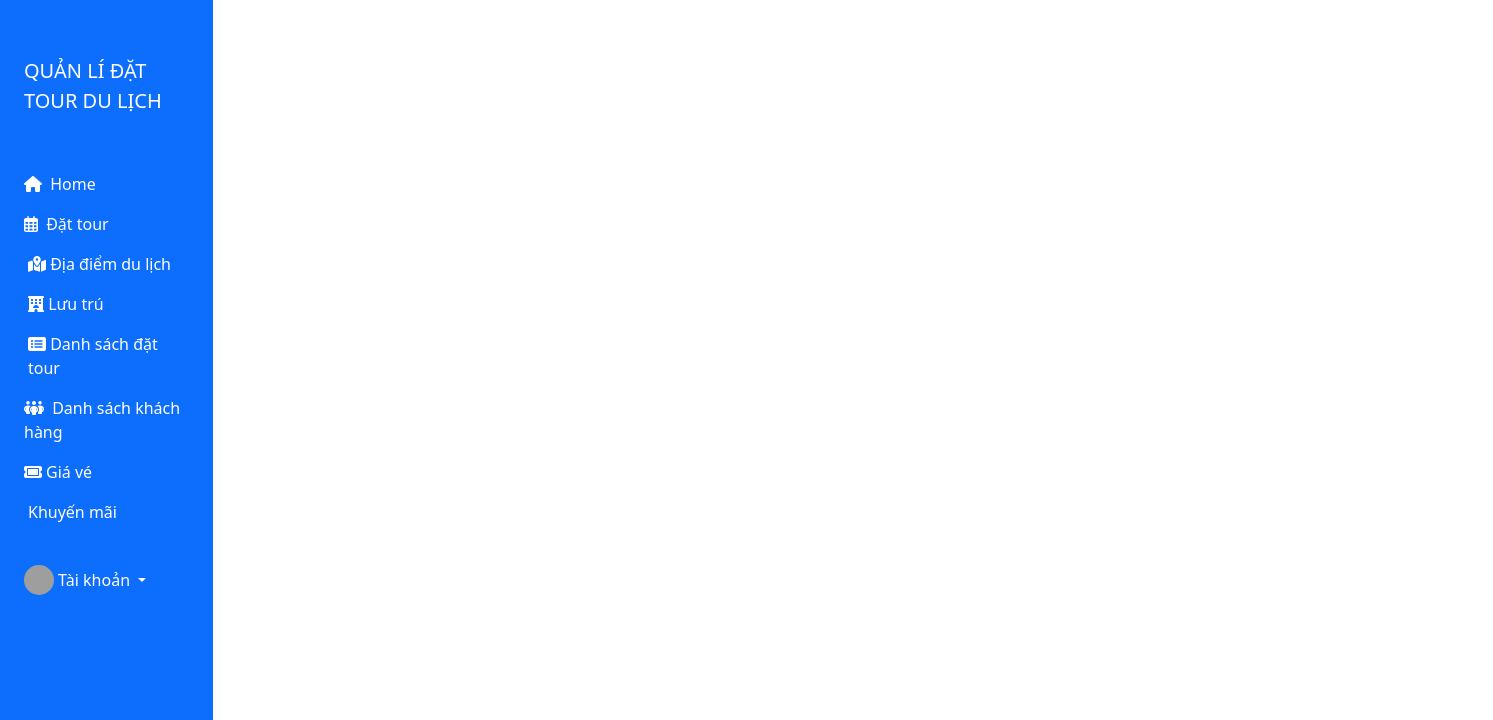
Repository: vantohuu/BOOKINGTOUR
Page: http://localhost/BOOKINGTOUR/WEB-INF/views/index.jsp
These files come from the project's save history. The page is drawn as it stood at one moment and after the next save; the edit follows.
The browser window is 1280 px wide. The page is 1493 px wide, so the pictures cover 1493 px, including what lies to the right of the window. The pictures show the whole page.
Pictures or frames that could not be fetched are drawn as grey boxes. Some icons come from a web library that is not loaded, so they are not drawn. Some web libraries are served in a nearby version. The page is served by Tomcat 9. Nobody is signed in. The template is opened directly, without the code that normally fills it, so the values that code supplies are empty.

Above is the page before, as saved 2023-04-26 19:19:46.

After the next save:
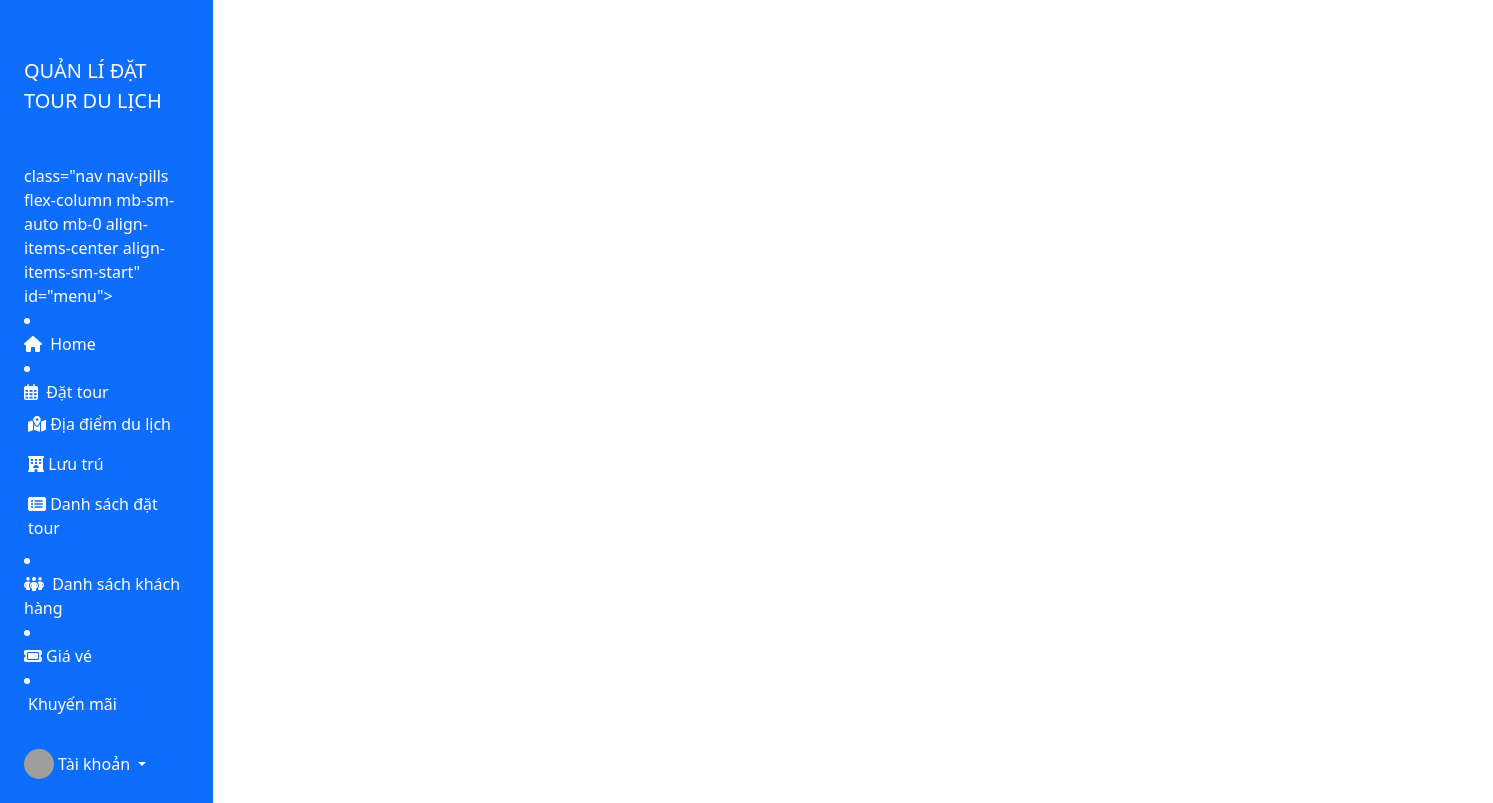
Saved 36 s later.
--- a/BOOKINGTOUR/src/main/webapp/WEB-INF/views/index.jsp
+++ b/BOOKINGTOUR/src/main/webapp/WEB-INF/views/index.jsp
@@ -20,7 +20,7 @@
 						<span class="fs-5 d-none d-sm-inline">QUẢN LÍ ĐẶT TOUR DU
 							LỊCH</span>
 					</a>
-					<ul
+
 						class="nav nav-pills flex-column mb-sm-auto mb-0 align-items-center align-items-sm-start"
 						id="menu">
 						<li class="nav-item"><a href="home.htm"

After the save that followed:
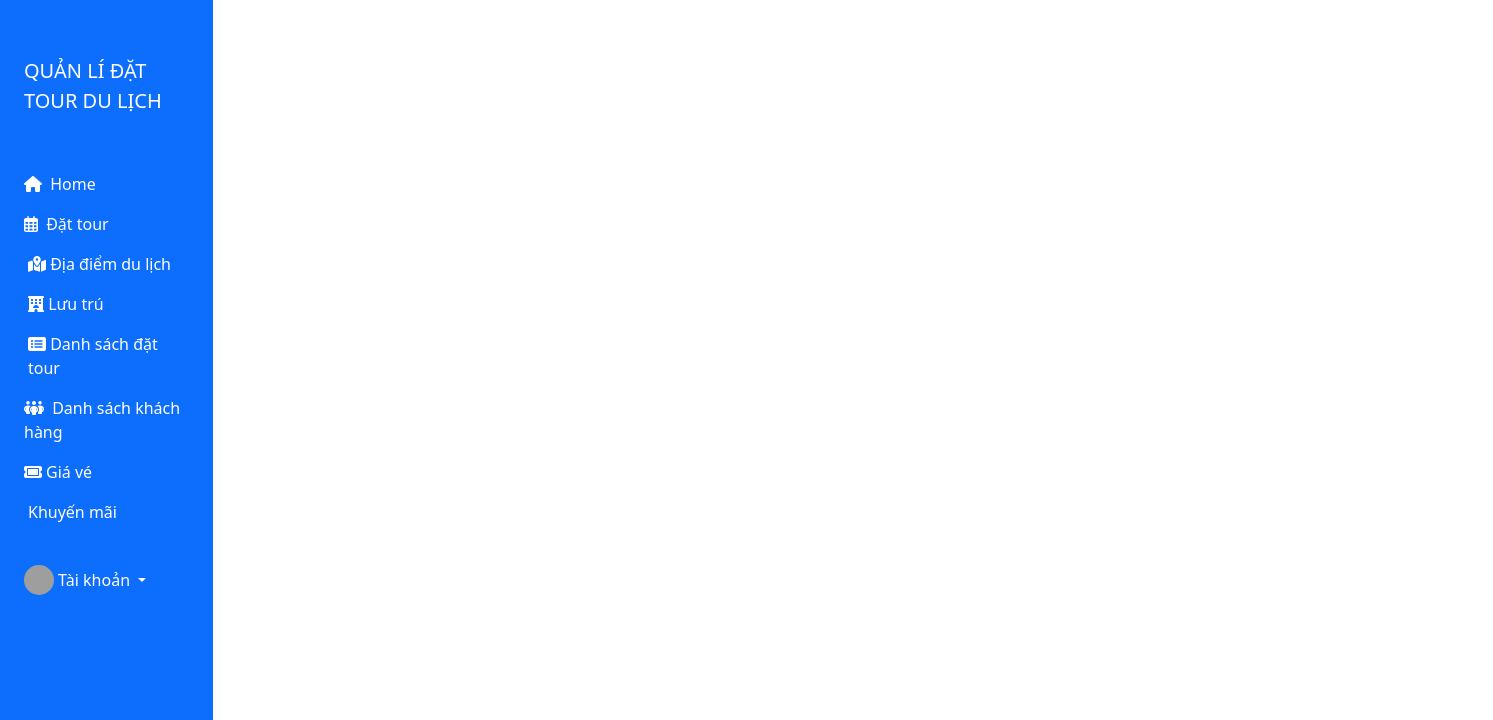
Saved 9 s later.
--- a/BOOKINGTOUR/src/main/webapp/WEB-INF/views/index.jsp
+++ b/BOOKINGTOUR/src/main/webapp/WEB-INF/views/index.jsp
@@ -20,7 +20,7 @@
 						<span class="fs-5 d-none d-sm-inline">QUẢN LÍ ĐẶT TOUR DU
 							LỊCH</span>
 					</a>
-
+					<ul
 						class="nav nav-pills flex-column mb-sm-auto mb-0 align-items-center align-items-sm-start"
 						id="menu">
 						<li class="nav-item"><a href="home.htm"
@@ -56,7 +56,7 @@
 								class="ms-1 d-none d-sm-inline">Giá vé</span>
 						</a></li>
 						<li><a href="#submenu2" data-bs-toggle="collapse"
-							class="nav-link text-white px-0 align-middle "> <i class="fa-solid fa-badge-percent"></i><span
+							class="nav-link text-white px-0 align-middle "> <i class="fa-solid fa-badge-dollar"></i><span
 								class="ms-1 d-none d-sm-inline">Khuyến mãi</span></a>
 
 
